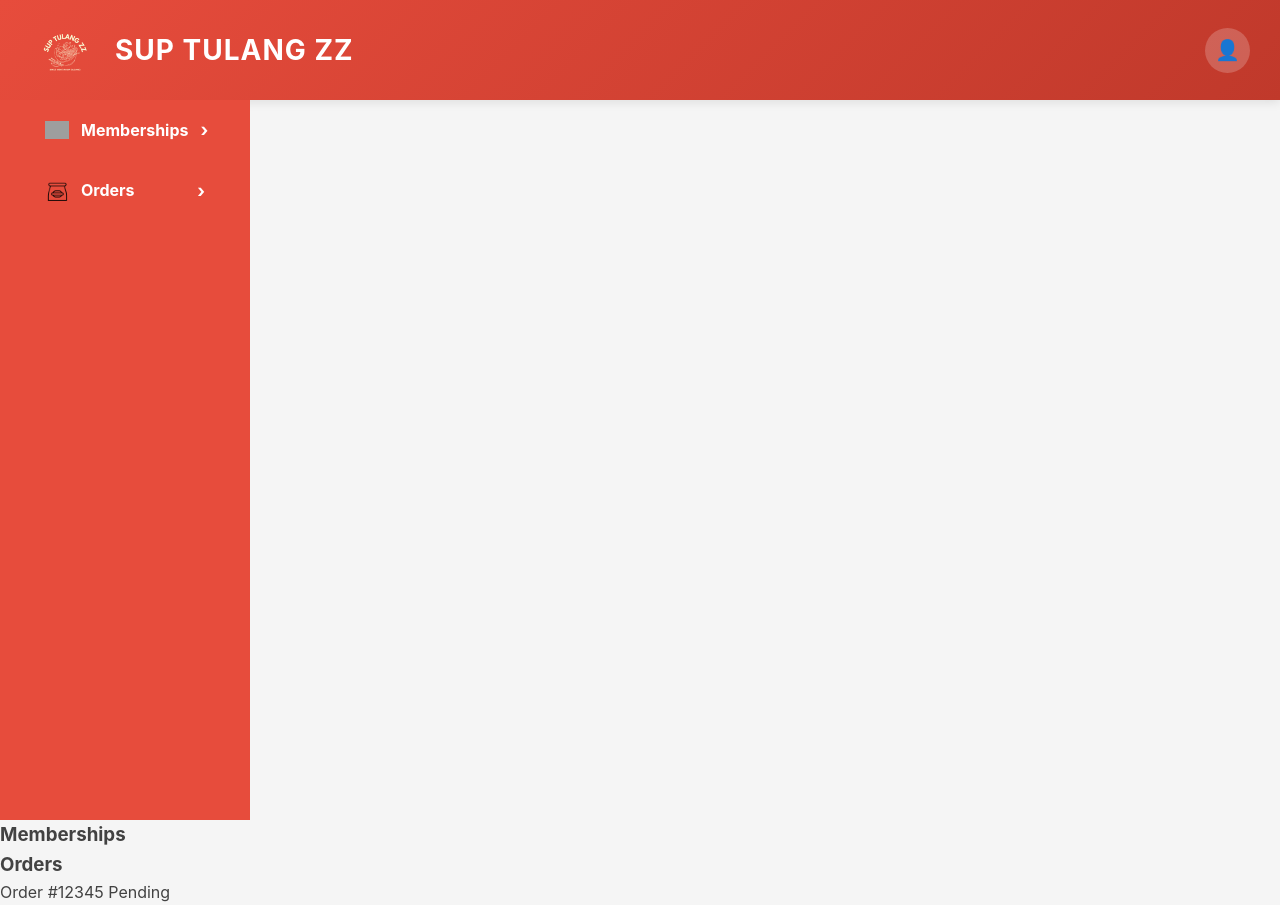
Repository: YIsheng2002/web-frontend
Page: view/Staff/dashboardstaff.html
These files come from the project's save history. The page is drawn as it stood at one moment and after the next save; the edit follows.
The browser window is 1280 px wide. The pictures show the whole page.
Pictures or frames that could not be fetched are drawn as grey boxes.

Above is the page before, as saved 2025-06-12 14:02:29.

### view/Staff/dashboardstaff.html
<!DOCTYPE html>
<html lang="en">

<head>
    <meta charset="UTF-8">
    <meta name="viewport" content="width=device-width, initial-scale=1.0">
    <title>SUP TULANG ZZ</title>
    <link rel="stylesheet" href="../Staff/assets/css/main.css">
    <link rel="stylesheet" href="../../assets/css/main.css">
    <link rel="stylesheet" href="./assets/css/dashboardStaff.css">
    <script src="./assets/javascript/dashboardStaff.js"></script>

</head>

<body>
    <!-- Header -->
    <header class="header">
        <div class="logo-section">
            <img src="../../assets/images/logo.png" alt="Logo" class="logo">
            <h1 class="brand-name">SUP TULANG ZZ</h1>
        </div>

        <div class="user-menu">
            <div class="user-avatar" onclick="toggleDropdown()">
                👤
            </div>
            <div class="dropdown-menu" id="userDropdown">
                <a href="#" class="dropdown-item" onclick="showProfile()">
                    👤 Profile
                </a>
                <a href="#" class="dropdown-item" onclick="showSettings()">
                    ⚙️ Settings
                </a>
                <a href="#" class="dropdown-item" onclick="showOrders()">
                    📋 Orders
                </a>
                <a href="#" class="dropdown-item" onclick="showReports()">
                    📊 Reports
                </a>
                <hr style="margin: 8px 0; border: none; border-top: 1px solid #eee;">
                <a href="#" class="dropdown-item danger" onclick="logout()">
                    🚪 Logout
                </a>
            </div>
        </div>
    </header>
    <!-- Sidebar -->
    <div class="sidebar">
        <ul class="sidebar-menu">
            <li class="sidebar-item">
                <a href="#" class="sidebar-link" onclick="showMembership(event)">
                    <img src="./assets/images/membership.png" alt="Membership Icon" class="sidebar-icon">
                    <span class="sidebar-text">Memberships</span>
                    <span class="sidebar-arrow">›</span>
                </a>
            </li>
            <li class="sidebar-item">
                <a href="#" class="sidebar-link" onclick="showOrders(event)">
                    <img src="./assets/images/foodOrder.png" alt="Orders Icon" class="sidebar-icon">
                    <span class="sidebar-text">Orders</span>
                    <span class="sidebar-arrow">›</span>
                </a>
            </li>
        </ul>
    </div>
    <!-- Main Content -->
    <div class="main-content active">
        <h3>Memberships</h3>

    </div>
    <div class="main-content">
        <h3>Orders</h3>
        <div class="order-list">
            <div class="order-item">
                <span class="order-id">Order #12345</span>
                <span class="order-status">Pending</span>
            </div>
            <div class="order-item">
            </div>
    </div>
</body>

</html>

### view/Staff/assets/css/main.css
* {
    margin: 0;
    padding: 0;
    box-sizing: border-box;
}

body {
    font-family: -apple-system, BlinkMacSystemFont, 'Segoe UI', Roboto, sans-serif;
    line-height: 1.6;
    color: #333;
    background-color: #f5f5f5;
}

.btn-primary {
    background: linear-gradient(135deg, #667eea 0%, #764ba2 100%);
    color: white;
    border: none;
    padding: 12px 24px;
    border-radius: 8px;
    font-size: 16px;
    font-weight: 600;
    cursor: pointer;
    transition: all 0.3s ease;
    width: 100%;
}

.btn-primary:hover {
    transform: translateY(-2px);
    box-shadow: 0 8px 25px rgba(102, 126, 234, 0.3);
}

.btn-primary:active {
    transform: translateY(0);
}

### assets/css/main.css
:root{
    --primary-color: #DE4345;
    --secondary-color: #F8FAD4;
    --white-color: #FFFFFF;
    --header-font-color: #212121;
    --header6-font-color: #424242;
    --light-red: #FF7877;
}

* {
    margin: 0;
    padding: 0;
    box-sizing: border-box;
}

body {
    font-family: -apple-system, BlinkMacSystemFont, 'Segoe UI', Roboto, sans-serif;
    line-height: 1.6;
    color: var(--header6-font-color);
    background-color: #f5f5f5;
}

.btn-primary {
    background: linear-gradient(135deg, var(--primary-color) 0%, var(--light-red) 100%);
    color: white;
    border: none;
    padding: 12px 24px;
    border-radius: 8px;
    font-size: 16px;
    font-weight: 600;
    cursor: pointer;
    transition: all 0.3s ease;
    width: 100%;
}

.btn-primary:hover {
    transform: translateY(-5px);
    box-shadow: 0 8px 25px rgba(253, 114, 92, 0.22);
}

.btn-primary:active {
    transform: translateY(0);
}

/* Header Styles */
.header {
    background: linear-gradient(135deg, #e74c3c, #c0392b);
    color: white;
    padding: 15px 30px;
    display: flex;
    justify-content: space-between;
    align-items: center;
    box-shadow: 0 2px 10px rgba(0,0,0,0.1);
}

.logo-section {
    display: flex;
    align-items: center;
    gap: 15px;
}

.logo {
    width: 70px;
    height: 70px;
    display: flex;
    align-items: center;
    justify-content: center;
    font-weight: bold;
    font-size: 18px;
}

.brand-name {
    font-size: 28px;
    font-weight: bold;
    letter-spacing: 1px;
}

### view/Staff/assets/css/dashboardStaff.css
/* User Menu */
.user-menu {
    position: relative;
}

.user-avatar {
    width: 45px;
    height: 45px;
    background: rgba(255, 255, 255, 0.2);
    border-radius: 50%;
    display: flex;
    align-items: center;
    justify-content: center;
    cursor: pointer;
    transition: all 0.3s ease;
    font-size: 20px;
}

.user-avatar:hover {
    background: rgba(255, 255, 255, 0.3);
    transform: scale(1.05);
}

.dropdown-menu {
    position: absolute;
    top: 100%;
    right: 0;
    background: white;
    border-radius: 12px;
    box-shadow: 0 10px 30px rgba(0, 0, 0, 0.15);
    padding: 12px 0;
    min-width: 180px;
    opacity: 0;
    visibility: hidden;
    transform: translateY(-10px);
    transition: all 0.3s ease;
    z-index: 1000;
    margin-top: 10px;
}

.dropdown-menu.show {
    opacity: 1;
    visibility: visible;
    transform: translateY(0);
}

.dropdown-item {
    display: block;
    padding: 12px 20px;
    color: #333;
    text-decoration: none;
    transition: background 0.3s ease;
    display: flex;
    align-items: center;
    gap: 10px;
}

.dropdown-item:hover {
    background: #f8f9fa;
}

.dropdown-item.danger:hover {
    background: #fee;
    color: #e74c3c;
}

/* Dashboard sidebar */
.sidebar {
    width: 250px;
    height: 100vh;
    background-color: #e74c3c;
}

.sidebar-menu {
    list-style: none;
    padding: 0;
    margin: 0;
}

.sidebar-item {
    display: flex;
    justify-content: center;
    width: 100%;
    padding: 4px 20px;
    color: #fff;
    text-decoration: none;
    align-items: center;
    gap: 10px;
    transition: background-color 0.3s ease;
}

/*
.sidebar-item:first-child {
  margin-top: 15px;
}
*/

.sidebar-link:hover {
    background-color: rgba(255, 255, 255, 0.1);
}

.sidebar-link {
    display: flex;
    align-items: center;
    justify-content: space-between;
    text-decoration: none;
    padding: 12px 20px;
    font-size: 16px;
    font-weight: bold;
    border-radius: 12px;
    transition: background-color 0.3s ease, color 0.3s ease;
    width: 200px;
    box-sizing: border-box;
    color: #fff;
    /* default text = white */
    background-color: transparent;
    /* default = no background */
}

.sidebar-link.active {
    background-color: #fff9c4;
    /* yellow container */
    color: #e74c3c;
    /* red text */
}

.sidebar-icon {
    width: 24px;
    height: 24px;
    object-fit: contain;
    margin-right: 12px;
    /* Space between icon and text */

}

.sidebar-text {
    flex-grow: 1;
    margin: 0px;
    /* Remove default margin */
    align-items: center;
    /* Center text vertically */
}

.sidebar-arrow {
    font-size: 18px;
    color: #fff;
    margin-left: 12px;
    /* Space between text and arrow */
}

### view/Staff/assets/javascript/dashboardStaff.js
// Dropdown functionality
function toggleDropdown() {
    const dropdown = document.getElementById('userDropdown');
    dropdown.classList.toggle('show');
}

// Close dropdown when clicking outside
document.addEventListener('click', function (event) {
    const userMenu = document.querySelector('.user-menu');
    const dropdown = document.getElementById('userDropdown');

    if (!userMenu.contains(event.target)) {
        dropdown.classList.remove('show');
    }
});

// Page navigation
/*
function showPage(pageId) {
    // Hide all pages
    document.querySelectorAll('.page').forEach(page => {
        page.classList.remove('active');
    });

    // Remove active class from all tabs
    document.querySelectorAll('.nav-tab').forEach(tab => {
        tab.classList.remove('active');
    });

    // Show selected page
    document.getElementById(pageId).classList.add('active');

    // Add active class to clicked tab
    event.target.classList.add('active');
}
    */
function showPage(pageId, event) {
    // Hide all pages
    document.querySelectorAll('.page').forEach(page => {
        page.classList.remove('active');
    });

    // Show selected page
    const targetPage = document.getElementById(pageId);
    if (targetPage) {
        targetPage.classList.add('active');
    }

    // Remove active class from both sidebar links and nav-tabs
    document.querySelectorAll('.sidebar-link, .nav-tab').forEach(link => {
        link.classList.remove('active');
    });

    // Add active to clicked one
    if (event) {
        event.currentTarget.classList.add('active');
    }
}



// User menu actions
function showProfile() {
    alert('Profile page - Coming soon!');
    toggleDropdown();
}

function showSettings() {
    alert('Settings page - Coming soon!');
    toggleDropdown();
}

function showOrders(event) {
    showPage('current-orders', event);
    toggleDropdown();
}


function showReports() {
    showPage('analytics');
    document.querySelector('[onclick="showPage(\'analytics\')"]').classList.add('active');
    toggleDropdown();
}

function logout() {
    if (confirm('Are you sure you want to logout?')) {
        // Add logout logic here
        alert('Logged out successfully!');
        // Redirect to login page
        // window.location.href = '/login.html';
    }
    toggleDropdown();
}

function showMembership(event){
    showPage('membership', event);
    toggleDropdown();
}

After the next save:
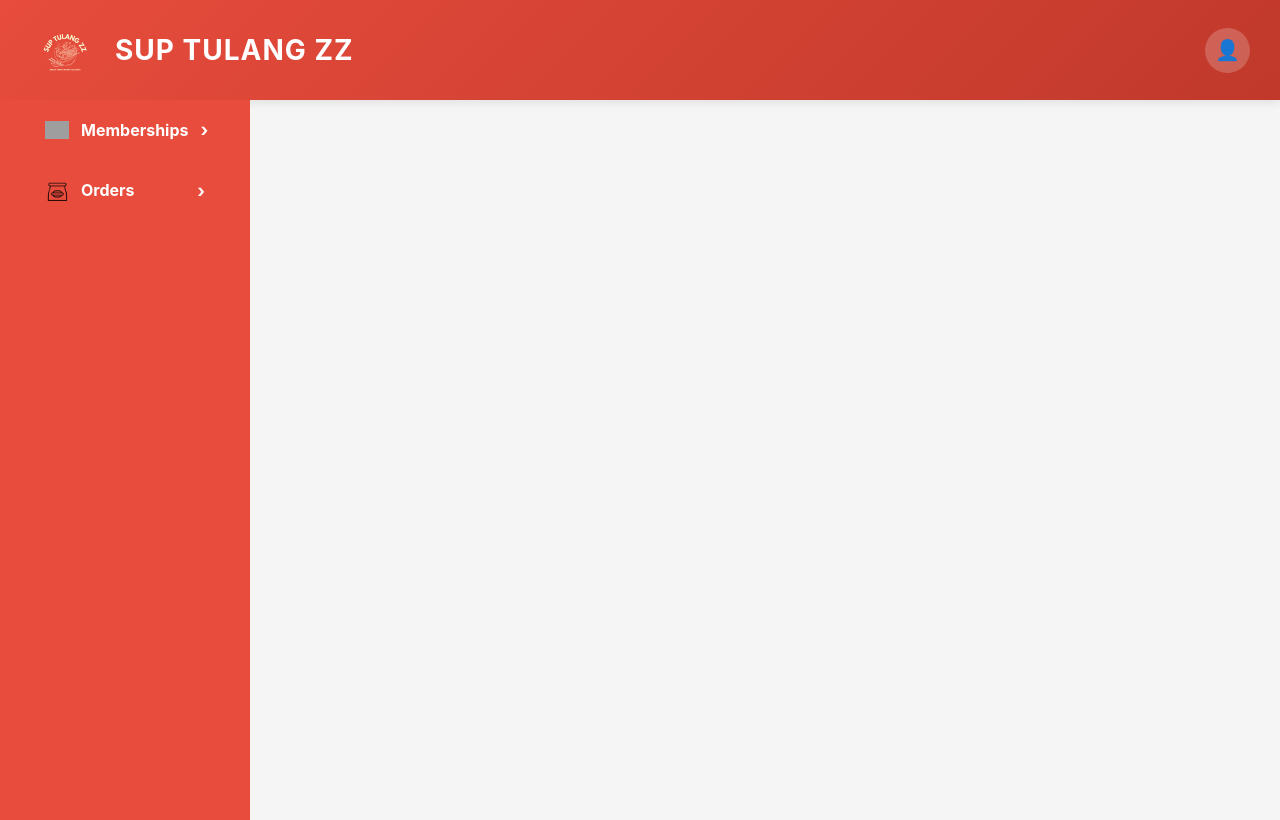
Saved 86 s later.
--- a/view/Staff/assets/css/dashboardStaff.css
+++ b/view/Staff/assets/css/dashboardStaff.css
@@ -147,3 +147,12 @@
     margin-left: 12px;
     /* Space between text and arrow */
 }
+
+/* Page navigation */
+.main-content .active{
+    display: block;
+}
+
+.main-content{
+    display: none;
+}
